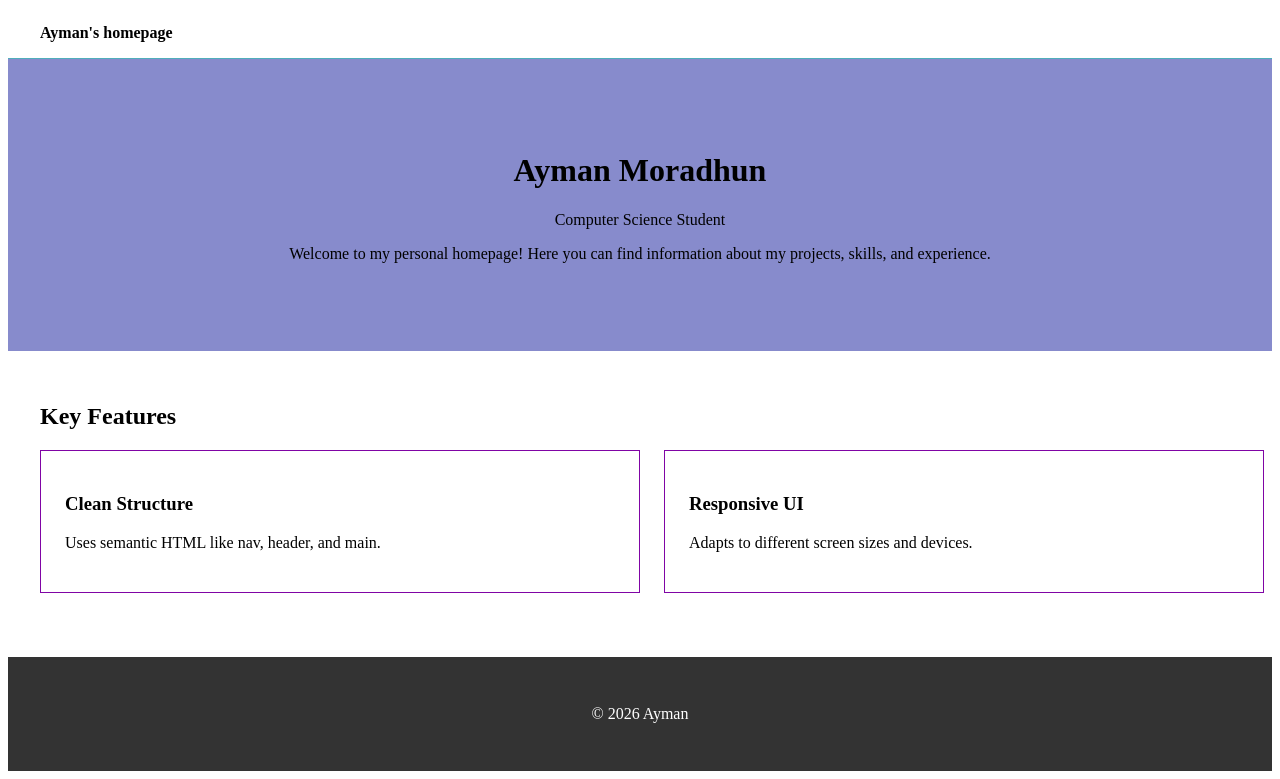
Repository: AymanMoradhun/AymanMoradhun
Page: index.html
These files come from the project's save history. The page is drawn as it stood at one moment and after the next save; the edit follows.
The browser window is 1280 px wide. The pictures show the whole page.

Above is the page before, as saved 2026-05-10 13:37:49.
Not found: styles/globals.css

After the next save:
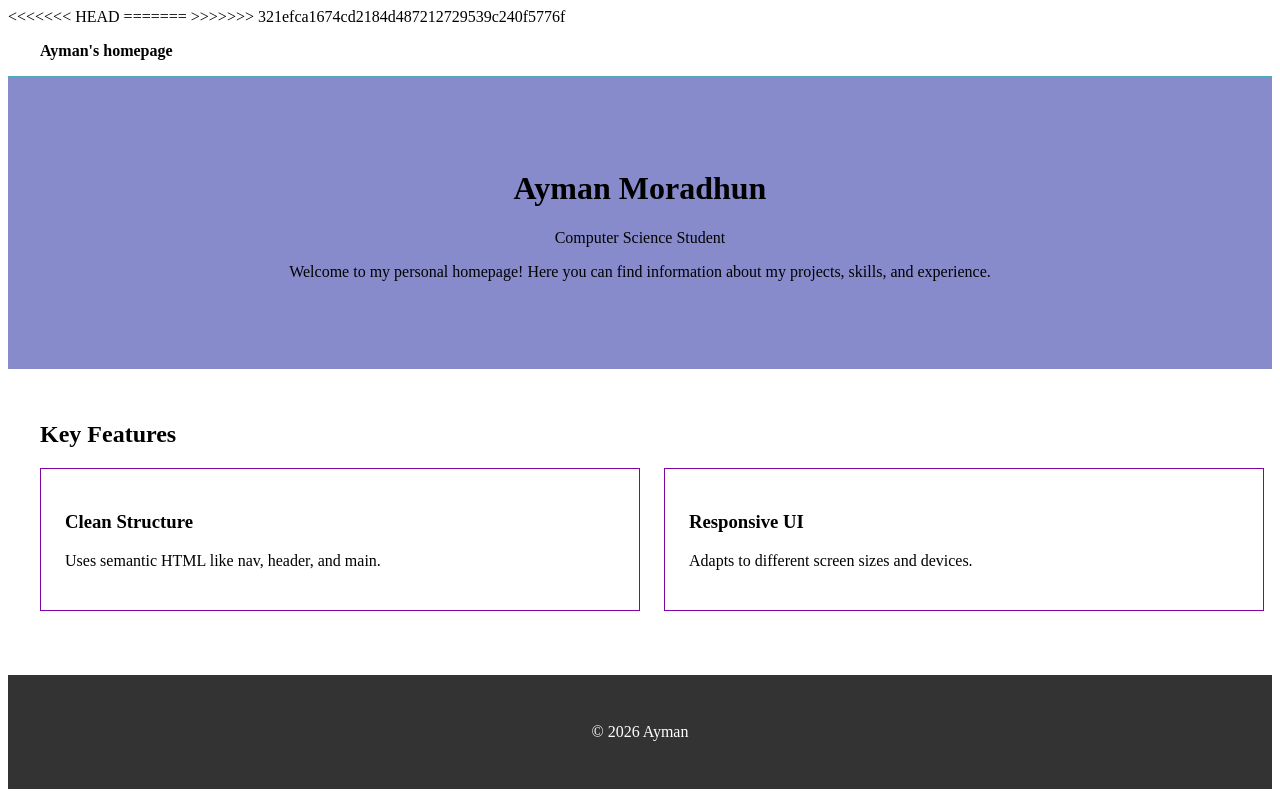
Saved 4 min 27 s later.
--- a/index.html
+++ b/index.html
@@ -5,7 +5,11 @@
     <meta name="viewport" content="width=device-width, initial-scale=1.0" />
     <title>Ayman | Home</title>
 
+<<<<<<< HEAD
     <link rel="stylesheet" href="./styles/globals.css" />
+=======
+    <!-- Link to external CSS -->
+>>>>>>> 321efca1674cd2184d487212729539c240f5776f
     <link rel="stylesheet" href="./styles/index.css" />
   </head>
   <body>

After the save that followed:
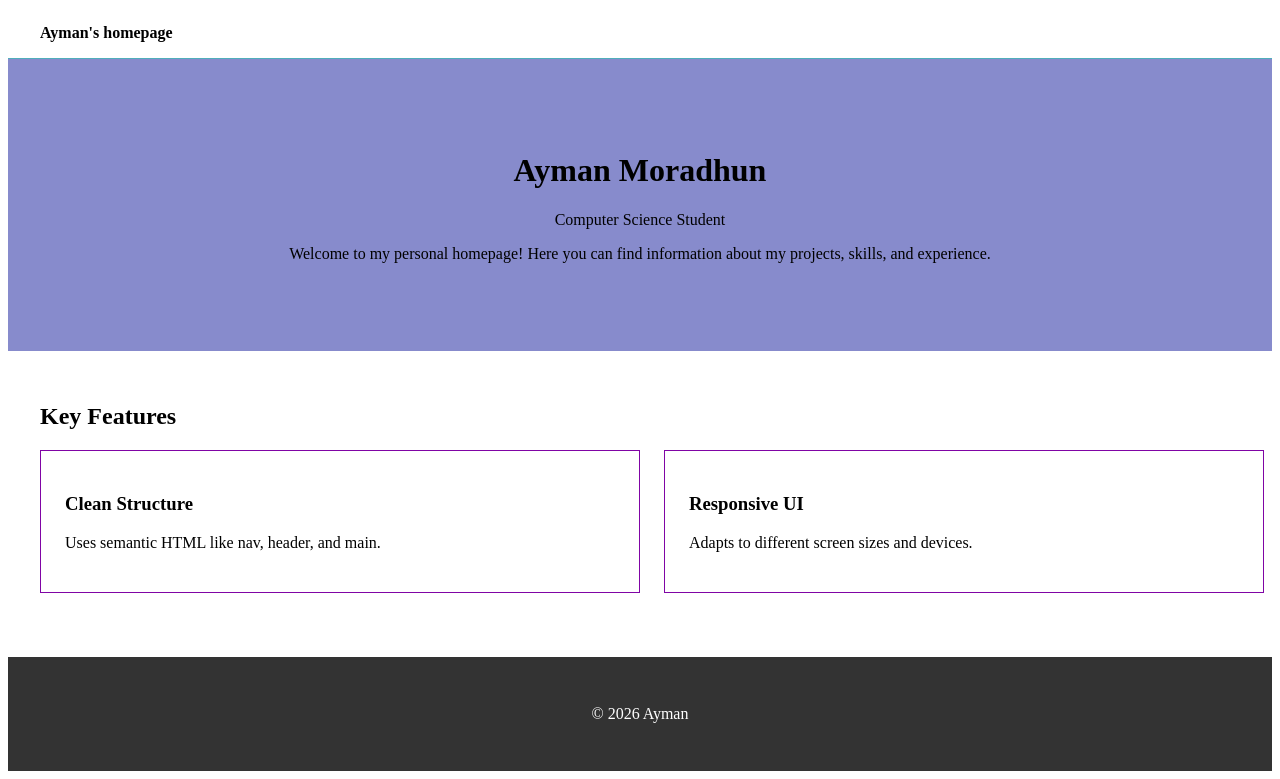
Saved 23 s later.
--- a/index.html
+++ b/index.html
@@ -5,12 +5,8 @@
     <meta name="viewport" content="width=device-width, initial-scale=1.0" />
     <title>Ayman | Home</title>
 
-<<<<<<< HEAD
-    <link rel="stylesheet" href="./styles/globals.css" />
-=======
     <!-- Link to external CSS -->
->>>>>>> 321efca1674cd2184d487212729539c240f5776f
-    <link rel="stylesheet" href="./styles/index.css" />
+    <link rel="stylesheet" href="styles/index.css" />
   </head>
   <body>
     <nav>
